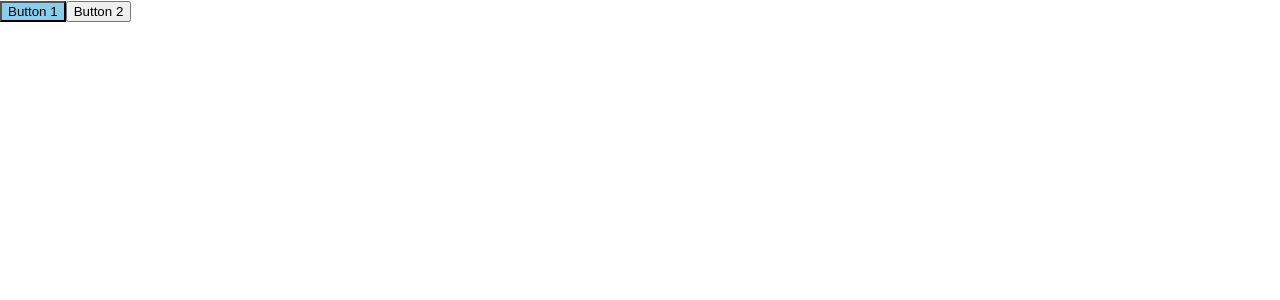
Repository: dnjfht/css-example
Page: /
The author's editor kept a copy of each file at every save. The page is drawn from the files as they stood at one save, then again after the next save.
The browser window is 1280 px wide. The pictures show the whole page.
The project was rebuilt for these pictures with package versions that can differ from the ones it lists, and the page was loaded fresh each time.

Above is the page before, as saved 2023-05-11 16:04:52.

After the next save:
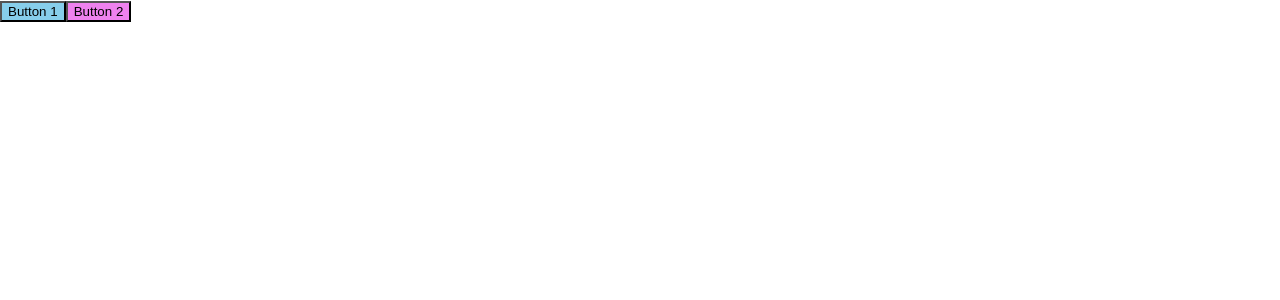
Saved 21 s later.
--- a/src/components/Button2.js
+++ b/src/components/Button2.js
@@ -1,5 +1,5 @@
 import React from "react";
 
 export default function Button2() {
-  return <button>Button 2</button>;
+  return <button style={{ backgroundColor: "violet" }}>Button 2</button>;
 }
